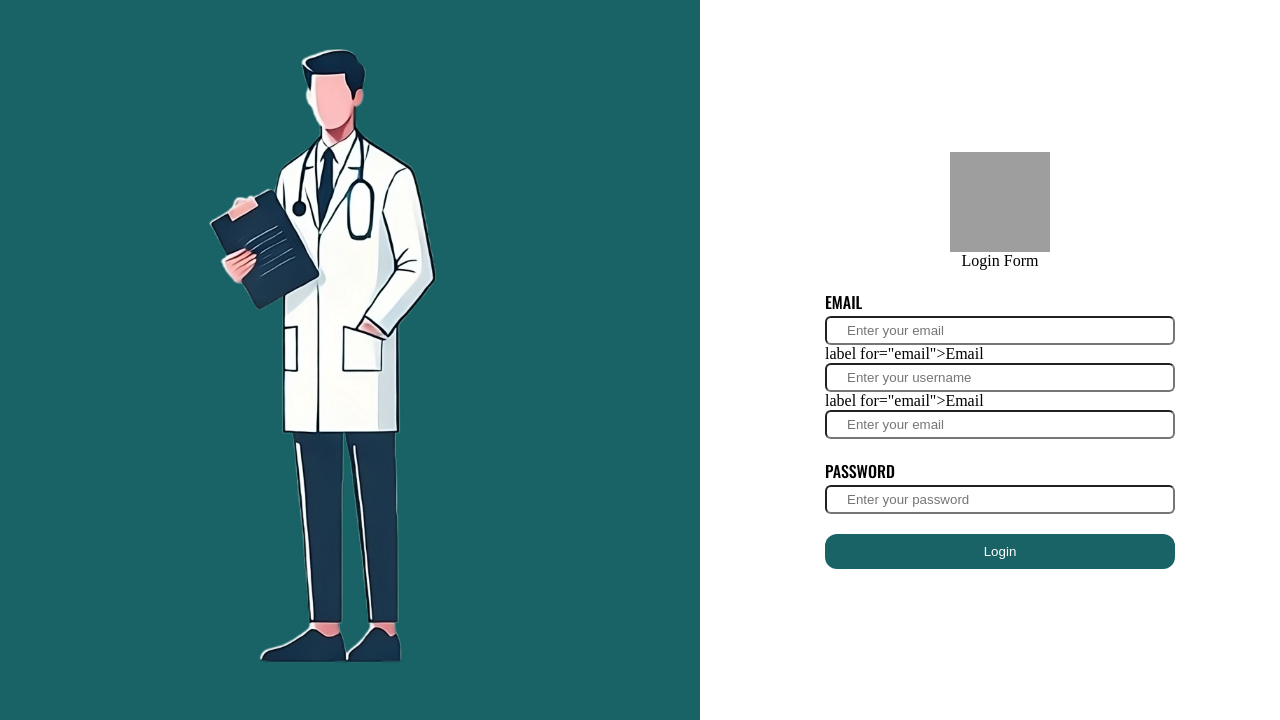
Repository: AriaFantom/Minor-Project
Page: http://localhost/Project/verify.jsp
The author's editor kept a copy of each file at every save. The page is drawn from the files as they stood at one save, then again after the next save.
The browser window is 1280 px wide. The pictures show the whole page.
Pictures or frames that could not be fetched are drawn as grey boxes. Some web fonts or font styles are not loaded; a fallback is used. The page is served by Tomcat 10.

Above is the page before, as saved 2025-01-13 10:33:19.

After the next save:
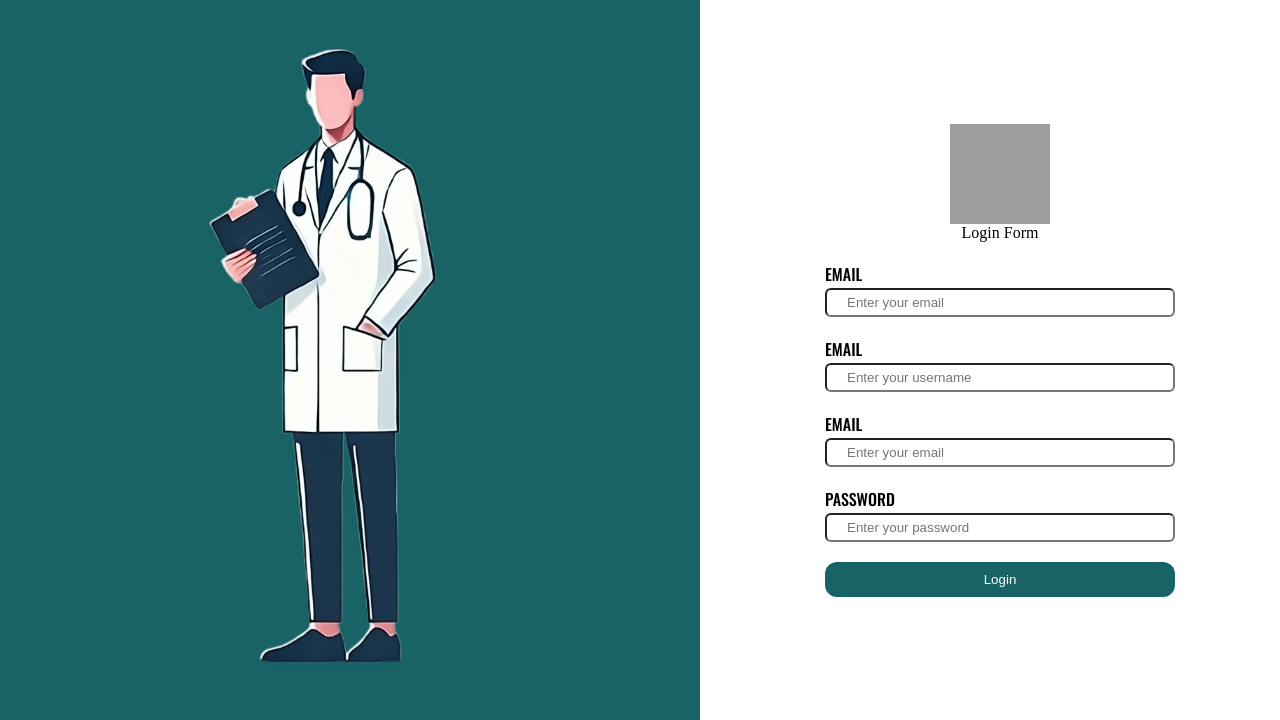
Saved 8 s later.
--- a/Project/src/main/webapp/verify.jsp
+++ b/Project/src/main/webapp/verify.jsp
@@ -21,9 +21,9 @@
         <form  method="post" action="<%=request.getContextPath()%>/LoginServlet">
             <label for="email">Email</label>
             <input type="email" id="email" name="email" placeholder="Enter your email">
-            label for="email">Email</label>
+            <label for="email">Email</label>
             <input type="text" id="username" name="username" placeholder="Enter your username">
-            label for="email">Email</label>
+            <label for="email">Email</label>
             <input type="email" id="email" name="email" placeholder="Enter your email">
             <label for="password">Password</label>
             <input type="password" id="password" name="password" placeholder="Enter your password">
